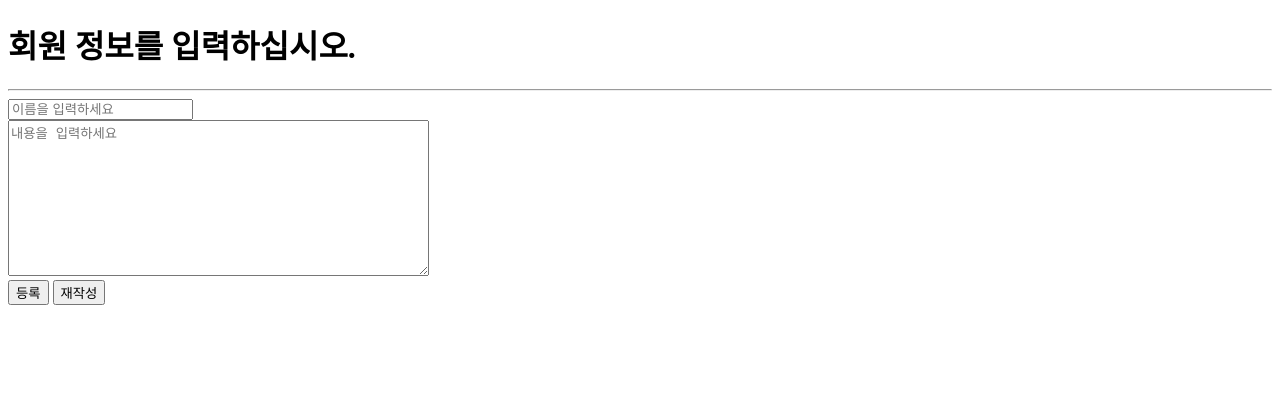
Repository: jhsnex123/web_study
Page: edu/src/main/webapp/cssexam/csslab2.html
An editor plug-in stored every save of this project. The page is shown before and after the next save, followed by the edit.
The browser window is 1280 px wide. The pictures show the whole page.

Above is the page before, as saved 2024-09-19 02:02:22.

### edu/src/main/webapp/cssexam/csslab2.html
<!DOCTYPE html>
<html>
<head>
<meta charset="UTF-8">
<title>Insert title here</title>
</head>
<body>
<h1>회원 정보를 입력하십시오.</h1>
<hr>
<input name=name placeholder="이름을 입력하세요" required><br>
<textarea name="memo" rows="10" cols="50" placeholder="내용을 입력하세요" required></textarea><br>
<input type="submit" value="등록">
<input type="reset" value="재작성">
</body>
</html>

After the next save:
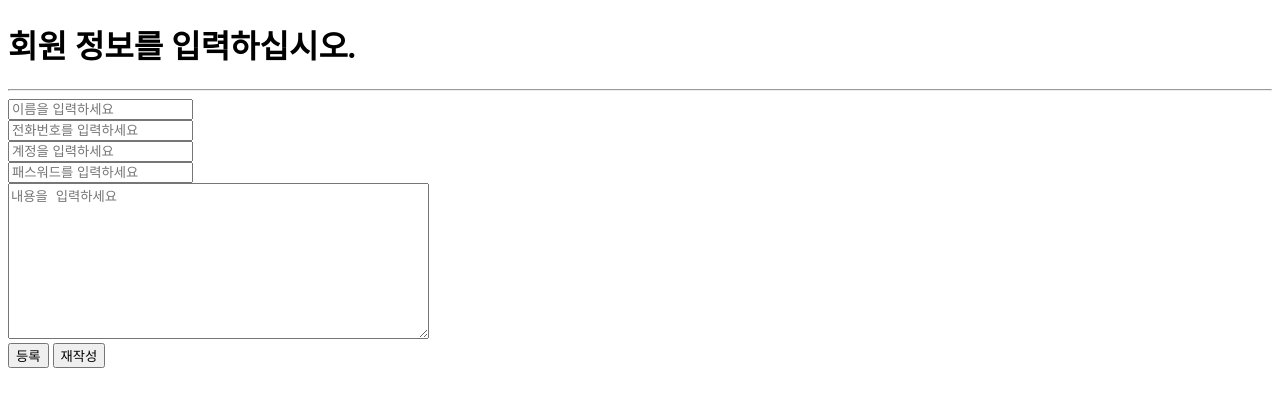
Saved 101 s later.
--- a/edu/src/main/webapp/cssexam/csslab2.html
+++ b/edu/src/main/webapp/cssexam/csslab2.html
@@ -8,6 +8,9 @@
 <h1>회원 정보를 입력하십시오.</h1>
 <hr>
 <input name=name placeholder="이름을 입력하세요" required><br>
+<input name=name placeholder="전화번호를 입력하세요" required><br>
+<input name=name placeholder="계정을 입력하세요" required><br>
+<input name=name placeholder="패스워드를 입력하세요" required><br>
 <textarea name="memo" rows="10" cols="50" placeholder="내용을 입력하세요" required></textarea><br>
 <input type="submit" value="등록">
 <input type="reset" value="재작성">
